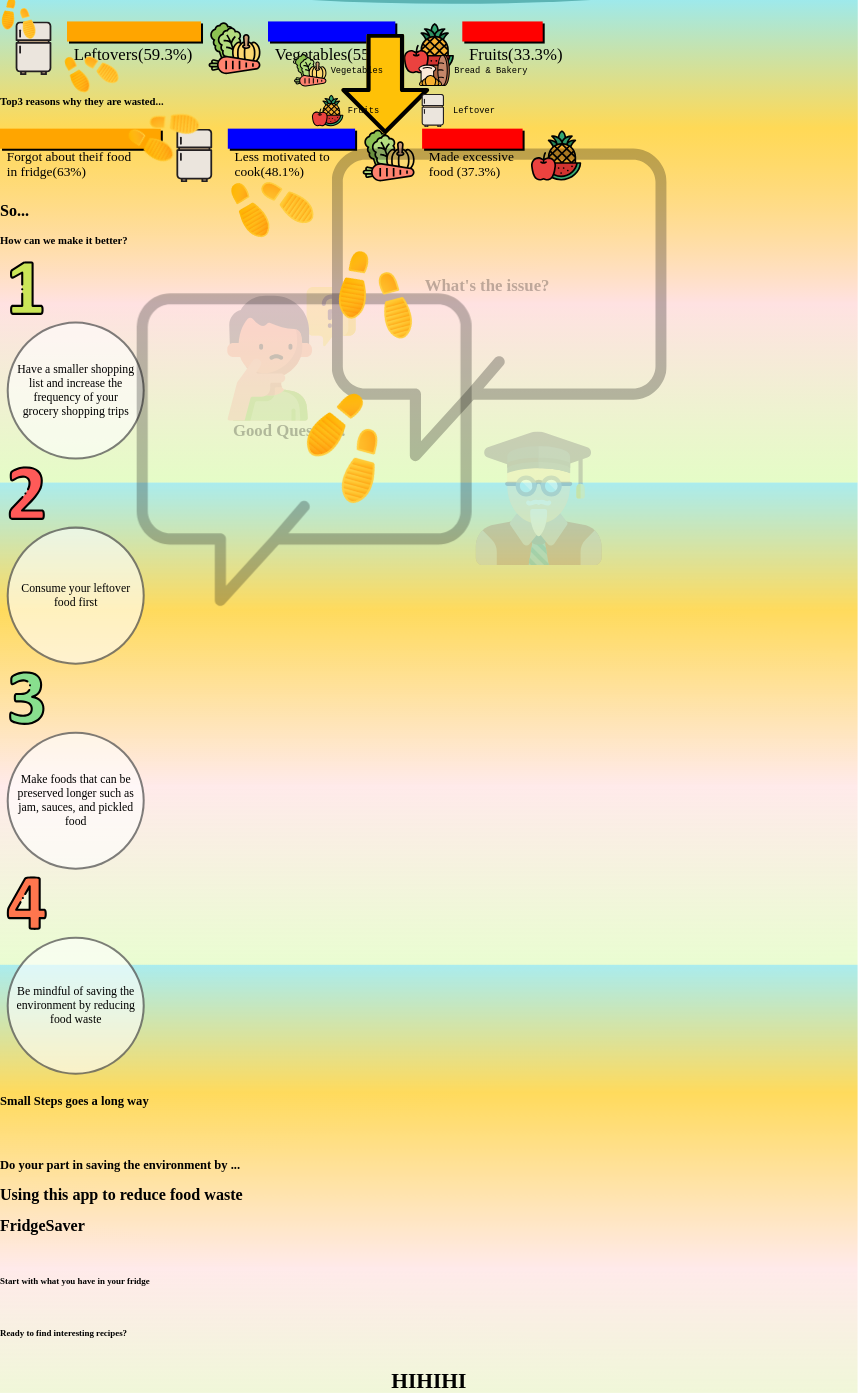
Repository: iorid3/Midterm
Page: index.html
An editor plug-in stored every save of this project. The page is shown before and after the next save, followed by the edit.
The browser window is 1280 px wide. The pictures show the whole page, at 67% of full size.

Above is the page before, as saved 2021-03-09 11:13:17.

After the next save:
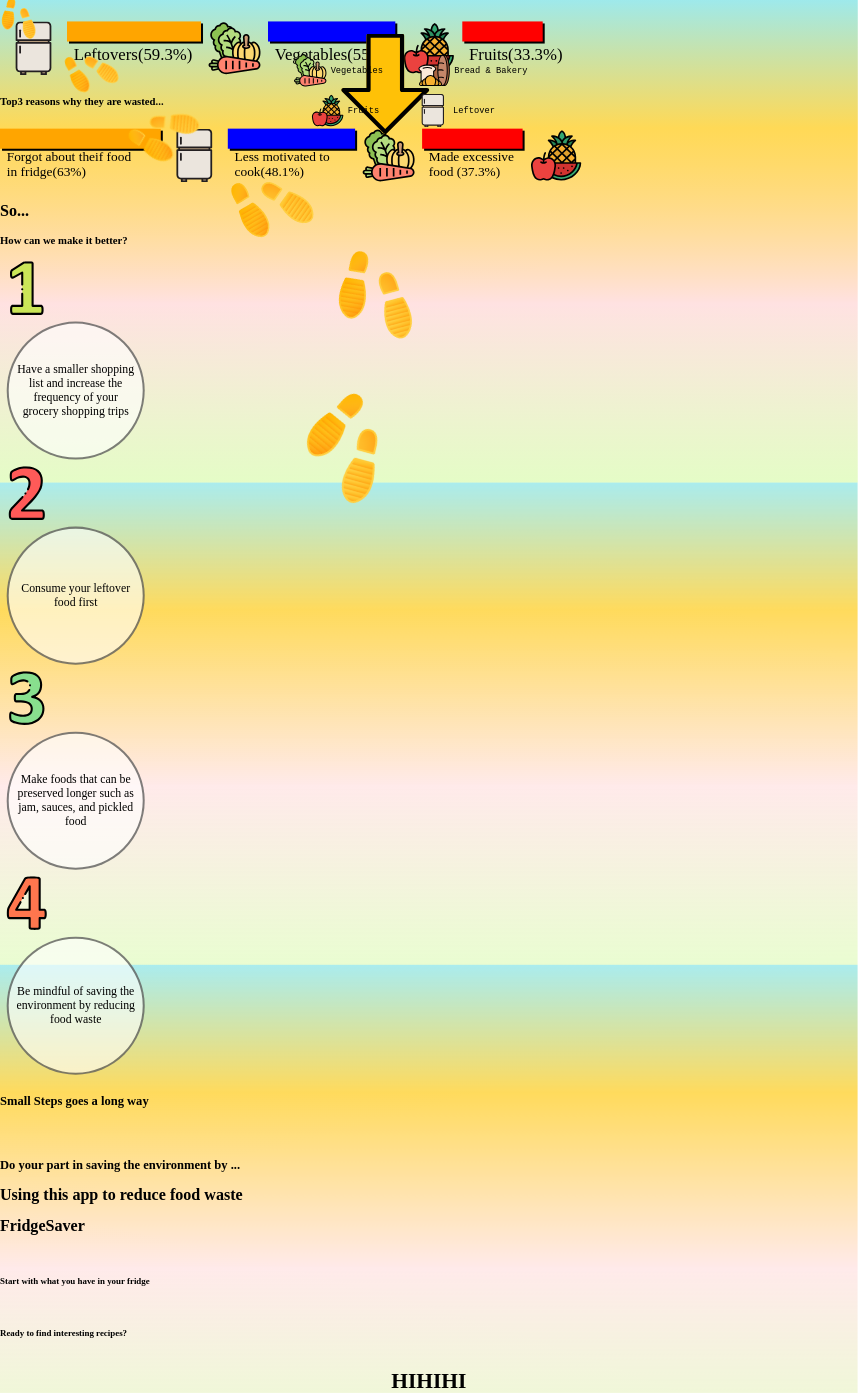
Saved 56 s later.
--- a/index.css
+++ b/index.css
@@ -15,6 +15,10 @@ html,body{
 .section1{
     width: 100%;
     height:20%;
+}
+
+.section,img{
+    width:100px;
 }
 
 .section2{
